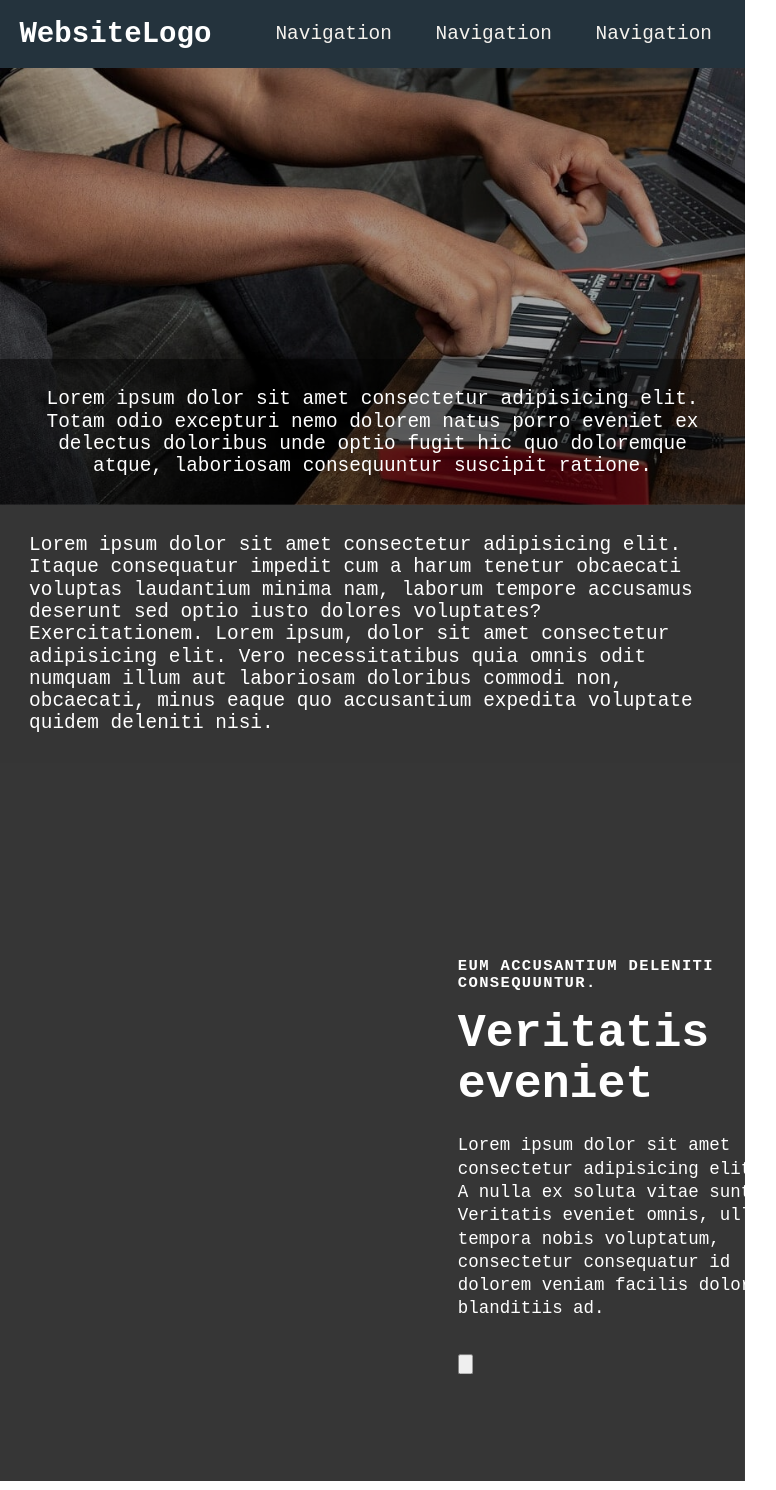
Repository: piotrokrutniak/Projekt-Studia
Page: index.html
These files come from the project's save history. The page is drawn as it stood at one moment and after the next save; the edit follows.
The browser window is 768 px wide. The page is 800 px wide, so the pictures cover 800 px, including what lies to the right of the window. The pictures show the whole page, at 97% of full size.

Above is the page before, as saved 2023-03-04 15:16:48.

After the next save:
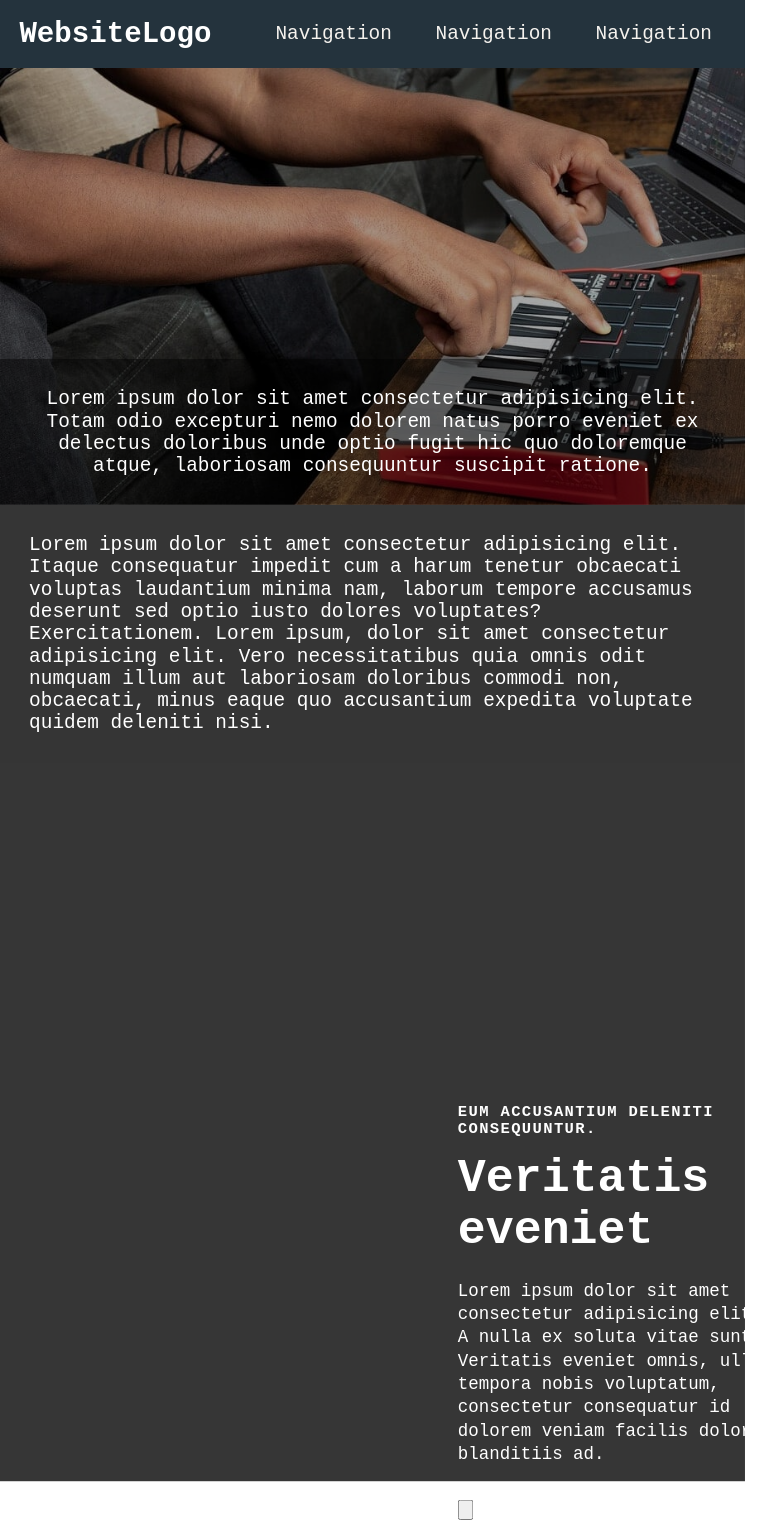
Saved 16 s later.
--- a/styles.css
+++ b/styles.css
@@ -202,7 +202,7 @@ a{
     /*
     grid-template-areas: ${({imgStart})=>(imgStart ? `'RightColumn' 'LeftColumn'`:`'RightColumn' 'LeftColumn'`)};
     */
-    max-height: 400px;
+    max-height: 100px;
     max-width:600px;
     margin: auto;
     }
